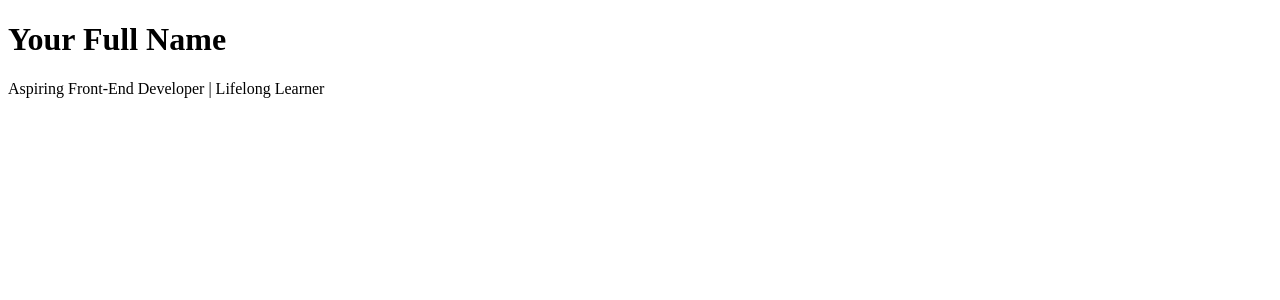
Repository: Patience225/My_First_Portfolio
Page: Portfolio/index.html
An editor plug-in stored every save of this project. The page is shown before and after a run of saves, followed by the edit.
The browser window is 1280 px wide. The pictures show the whole page.

Above is the page before, as saved 2024-12-16 13:04:26.

### Portfolio/index.html
<!DOCTYPE html>
<html lang="en">
<head>
    <meta charset="utf-8">
    <title>Eze Uchechi Patience - Personal Portfolio</title>
</head>
<body>
    <header>
      <header>
        <h1>Your Full Name</h1>
        <p>Aspiring Front-End Developer | Lifelong Learner</p>
    </header>

    </header>
    <nav>

    </nav>
    <section id="introduction"></section>
    <section id="projects"></section>
    <section id="about"></section>
    <section id="contact"></section>
    <footer>

    </footer>
</body>
</html>

After the next 4 saves:
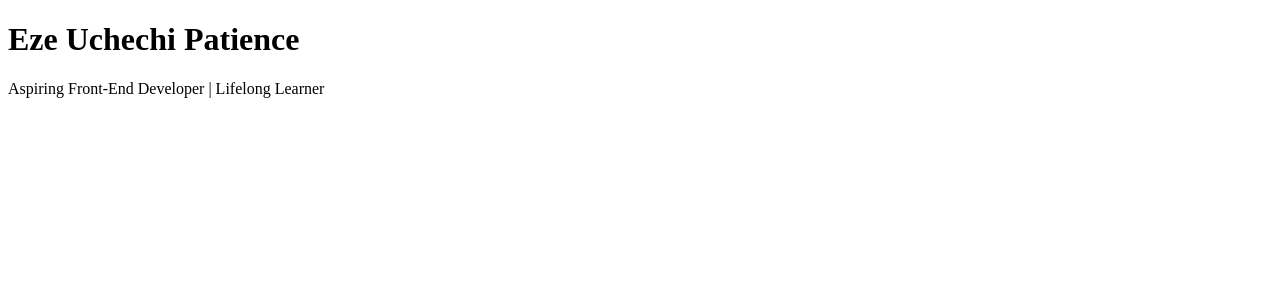
The 4 saves are shown as one change because they came seconds apart.
The last was saved 17 s later.
--- a/Portfolio/index.html
+++ b/Portfolio/index.html
@@ -7,7 +7,7 @@
 <body>
     <header>
       <header>
-        <h1>Your Full Name</h1>
+        <h1>Eze Uchechi Patience</h1>
         <p>Aspiring Front-End Developer | Lifelong Learner</p>
     </header>
 
